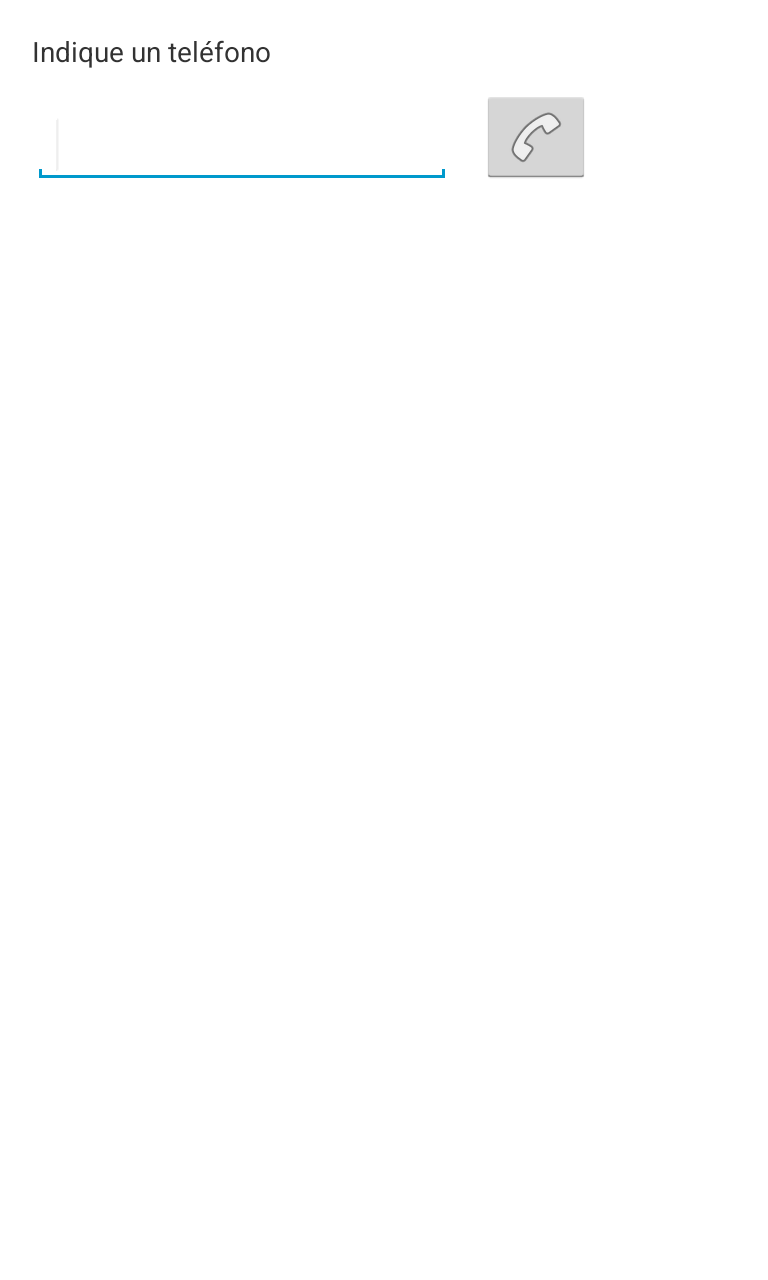
Repository: paullfull21/pmdm
Layout: RealizarLlamada/res/layout/activity_llamada.xml
The author's editor kept a copy of each file at every save. The layout is drawn from the files as they stood at one save, then again after the next save.
It is drawn on a 768 x 1280 px phone screen (xhdpi) without system bars, with theme AppTheme; the app's code is not run.

Above is the layout before, as saved 2013-10-02 11:32:04.

### RealizarLlamada/res/layout/activity_llamada.xml
<RelativeLayout xmlns:android="http://schemas.android.com/apk/res/android"
    xmlns:tools="http://schemas.android.com/tools"
    android:layout_width="match_parent"
    android:layout_height="match_parent"
    android:paddingBottom="@dimen/activity_vertical_margin"
    android:paddingLeft="@dimen/activity_horizontal_margin"
    android:paddingRight="@dimen/activity_horizontal_margin"
    android:paddingTop="@dimen/activity_vertical_margin"
    tools:context=".LlamadaActivity" >

    <TextView
        android:id="@+id/textViewTfnoLabel"
        android:layout_width="wrap_content"
        android:layout_height="wrap_content"
        android:text="@string/telefono_label" />

    <EditText
        android:id="@+id/phoneNumber"
        android:layout_width="wrap_content"
        android:layout_height="wrap_content"
        android:layout_alignLeft="@+id/textViewTfnoLabel"
        android:layout_below="@+id/textViewTfnoLabel"
        android:layout_marginTop="18dp"
        android:ems="10"
        android:inputType="phone" >

        <requestFocus />
    </EditText>

    <ImageButton
        android:id="@+id/buttonCall"
        android:layout_width="wrap_content"
        android:layout_height="wrap_content"
        android:layout_alignBottom="@+id/phoneNumber"
        android:layout_marginLeft="14dp"
        android:layout_toRightOf="@+id/phoneNumber"
        android:src="@android:drawable/ic_menu_call" />

</RelativeLayout>

### RealizarLlamada/res/values/strings.xml
<?xml version="1.0" encoding="utf-8"?>
<resources>

    <string name="app_name">RealizarLlamada</string>
    <string name="action_settings">Settings</string>
    <string name="hello_world">Hello world!</string>
    <string name="telefono_label">Indique un teléfono</string>

</resources>

Loaded but not shown: RealizarLlamada/res/values/styles.xml (common file); RealizarLlamada/res/values-v11/styles.xml (common file); RealizarLlamada/res/values-v14/styles.xml (common file); RealizarLlamada/res/values/dimens.xml (common file)

After the next save:
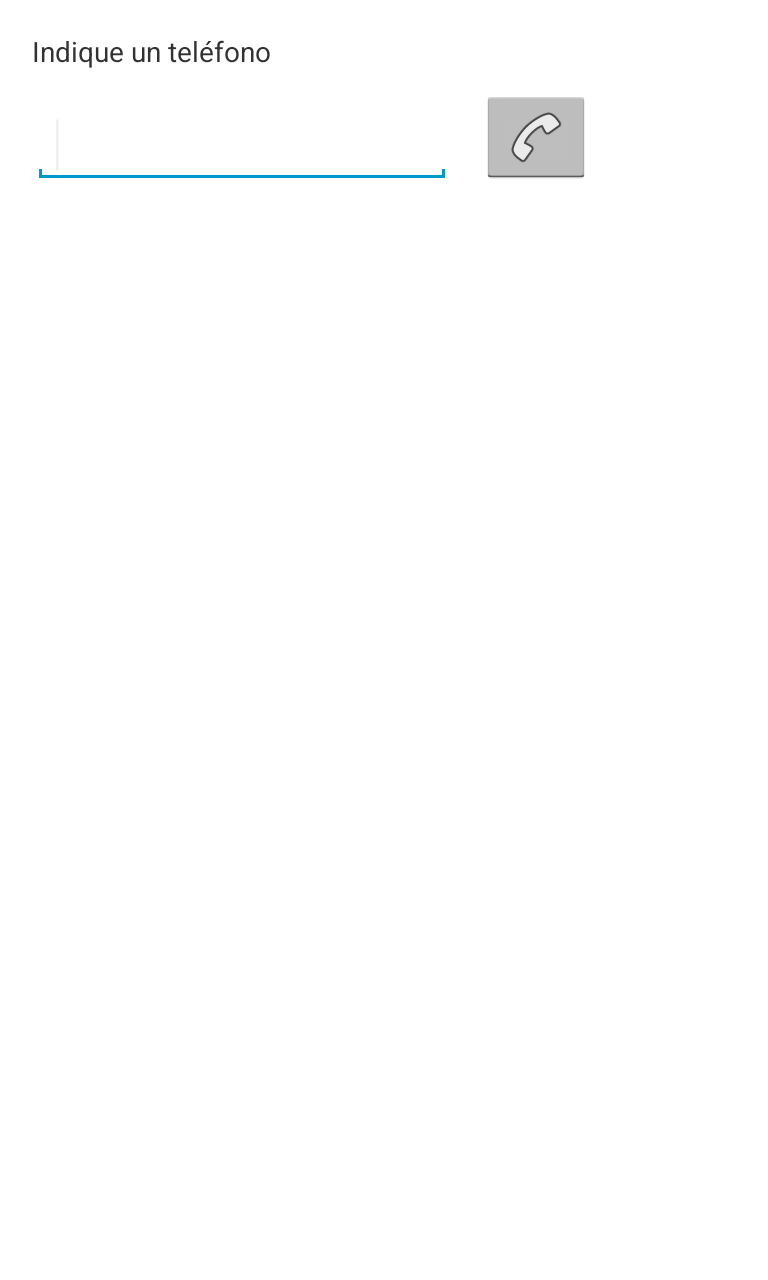
Saved 62 s later.
--- a/RealizarLlamada/res/layout/activity_llamada.xml
+++ b/RealizarLlamada/res/layout/activity_llamada.xml
@@ -36,4 +36,13 @@
         android:layout_toRightOf="@+id/phoneNumber"
         android:src="@android:drawable/ic_menu_call" />
 
+    <ImageButton
+        android:id="@+id/buttonDial"
+        android:layout_width="wrap_content"
+        android:layout_height="wrap_content"
+        android:layout_alignBottom="@+id/phoneNumber"
+        android:layout_marginLeft="14dp"
+        android:layout_toRightOf="@+id/phoneNumber"
+        android:src="@android:drawable/ic_menu_call" />
+
 </RelativeLayout>

After the save that followed:
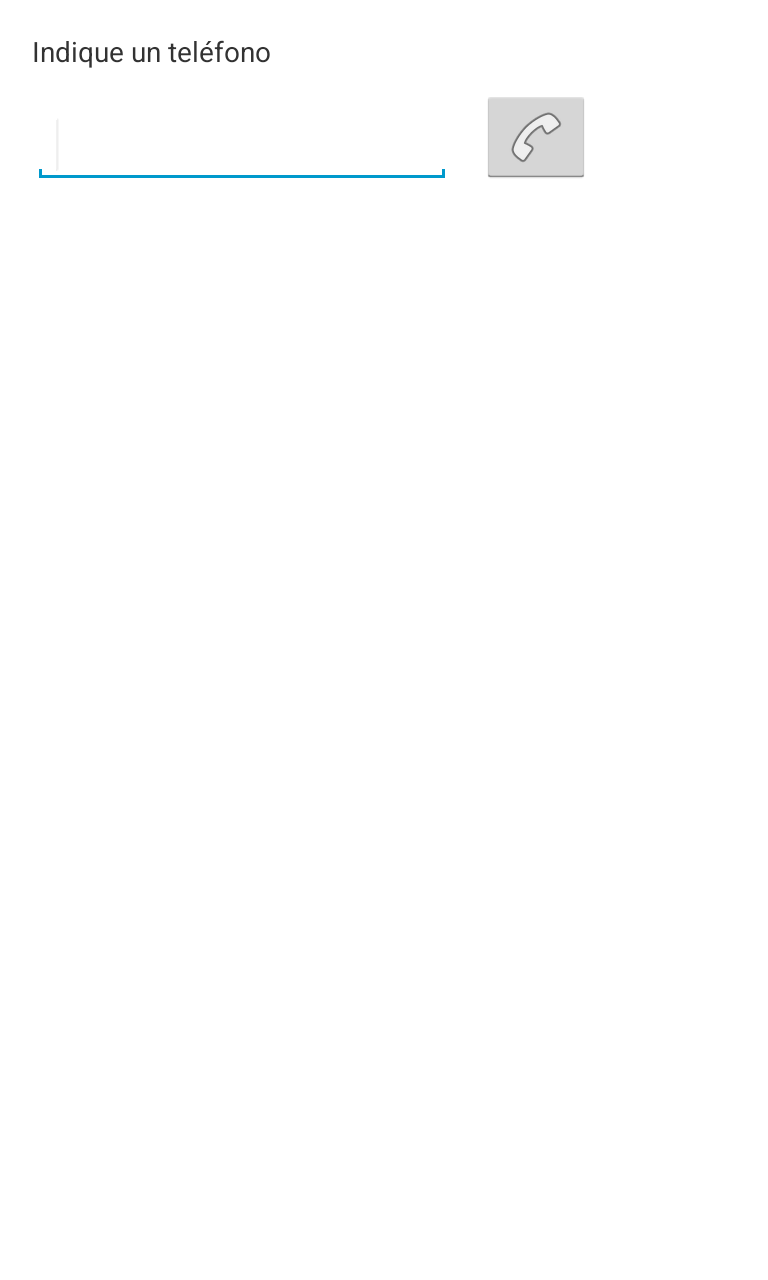
Saved 6 s later.
--- a/RealizarLlamada/res/layout/activity_llamada.xml
+++ b/RealizarLlamada/res/layout/activity_llamada.xml
@@ -36,13 +36,6 @@
         android:layout_toRightOf="@+id/phoneNumber"
         android:src="@android:drawable/ic_menu_call" />
 
-    <ImageButton
-        android:id="@+id/buttonDial"
-        android:layout_width="wrap_content"
-        android:layout_height="wrap_content"
-        android:layout_alignBottom="@+id/phoneNumber"
-        android:layout_marginLeft="14dp"
-        android:layout_toRightOf="@+id/phoneNumber"
-        android:src="@android:drawable/ic_menu_call" />
+
 
 </RelativeLayout>
